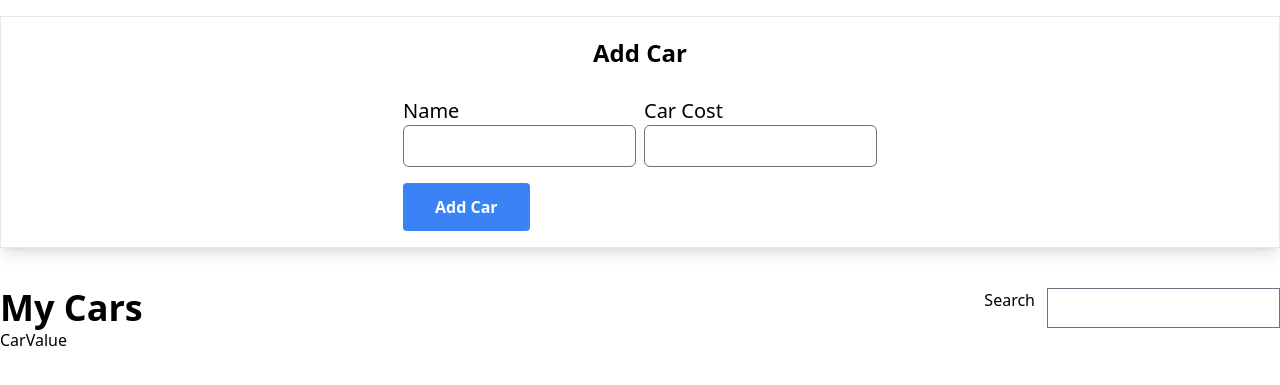
Repository: Marhamat92/carsappreduxtoolkit
Page: /
The author's editor kept a copy of each file at every save. The page is drawn from the files as they stood at one save, then again after the next save.
The browser window is 1280 px wide. The pictures show the whole page.
The project was rebuilt for these pictures with package versions that can differ from the ones it lists, and the page was loaded fresh each time.

Above is the page before, as saved 2023-01-23 23:59:02.

### src/index.js
import React from 'react';
import ReactDOM from 'react-dom/client';
import './index.css';
import App from './App';
import { Provider } from 'react-redux';
import { store } from './store'


const root = ReactDOM.createRoot(document.getElementById('root'));
root.render(
  <Provider store={store}>
    <App />
  </Provider>
);

### src/App.js
import CarForm from "./components/CarForm";
import CarList from "./components/CarList";
import CarSearch from "./components/CarSearch";
import CarValue from "./components/CarValue";


function App() {
  return (
    <div className="container mx-auto">
      <CarForm />
      <CarSearch />
      <CarList />
      <CarValue />
    </div>
  );
}

export default App;

### src/store/index.js
import { configureStore } from "@reduxjs/toolkit";
import {
  carsReducer,
  addCar,
  removeCar,
  changeSearchTerm,
} from "./slices/carsSlice";
import { formReducer, changeName, changeCost } from "./slices/formSlice";

const store = configureStore({
  reducer: {
    cars: carsReducer,
    form: formReducer,
  },
})

export { store, addCar, removeCar, changeSearchTerm, changeName, changeCost };

### src/components/CarForm.js
import React from 'react'
import { useDispatch, useSelector } from 'react-redux'
import { changeName, changeCost, addCar } from '../store'



function CarForm() {
  const dispatch = useDispatch(); // this is the hook that allows us to dispatch actions to the store
  const { name, cost } = useSelector((state) => { // this is the hook that allows us to access the store
    return {
      name: state.form.name,
      cost: state.form.cost
    }
  })


  const handleNameChange = (e) => {
    dispatch(changeName(e.target.value))
  }

  const handleCostChange = (e) => {
    const carCost = parseInt(e.target.value) || 0;
    dispatch(changeCost(carCost))

  }


  const handleSubmit = (e) => {
    e.preventDefault();
    dispatch(addCar({ name, cost }))
  }


  //!after adding a car, clear the form fields with extra reducers which will be added to the formSlice,otherwise we can use dispatch(changeName('')) and dispatch(changeCost(0)) to clear the form fields but it is not a good practice



  return (
    <div className='flex flex-col items-center justify-center border shadow-lg py-4 mt-4'>
      <h1 className='font-bold text-2xl py-1' >Add Car</h1>
      <div className='mt-6'>
        <form onSubmit={handleSubmit} className=''>
          <div className='flex flex-row space-x-2'>
            <div className='flex flex-col'>
              <label className='text-xl' htmlFor='make'>Name</label>
              <input className=' border border-gray-500 rounded-md py-2

              ' value={name} onChange={handleNameChange} type='text' name='carName' id='carName' />
            </div>
            <div className='flex flex-col'>
              <label className='text-xl' htmlFor='price'>Car Cost</label>
              <input className=' border border-gray-500 rounded-md py-2

              ' value={cost || ''} onChange={handleCostChange} type='number' name='price' id='price' />
            </div>
          </div>
          <button className='bg-blue-500 hover:bg-blue-700 text-white font-bold py-3  px-8 rounded mt-4' type='submit'>Add Car</button>
        </form>
      </div>
    </div>
  )
}

export default CarForm

### src/components/CarList.js
import React from 'react'
import { useSelector, useDispatch } from 'react-redux'
import { removeCar } from '../store'


function CarList() {


  const dispatch = useDispatch();

  const cars = useSelector((state) => {
    return state.cars.data;
  })

  const handleDeleteCar = (car) => {
    dispatch(removeCar(car.id))
  }



  const renderedCars = cars.map((car) => {
    return (
      <div className='flex justify-between space-y-3 items-center shadow-lg mt-4 py-2 px-4 rounded-md' key={car.id}>
        <p className='text-3xl' >{car.name} - ${car.cost}</p>
        <button onClick={() => handleDeleteCar(car)} className='bg-red-500 px-4 py-2 text-3xl rounded-md'>
          Remove
        </button>
      </div>
    )
  })




  return (
    <div>{renderedCars}</div>
  )
}

export default CarList

### src/components/CarSearch.js
import React from 'react'

function CarSearch() {
  return (
    <div>
      <div className='flex justify-between mt-10' >
        <h1 className='text-4xl font-bold' >My Cars</h1>
        <div className='flex space-x-3' >
          <label htmlFor="">Search</label>
          <input className=' border border-gray-500' type="text" />
        </div>
      </div>
    </div>
  )
}

export default CarSearch

### src/components/CarValue.js
import React from 'react'

function CarValue() {
  return (
    <div>CarValue</div>
  )
}

export default CarValue

### src/store/slices/carsSlice.js
import { createSlice, nanoid } from '@reduxjs/toolkit';

const carsSlice = createSlice({
  name: 'cars',
  initialState: {
    data: [],
    searchTerm: ''
  },
  reducers: {
    changeSearchTerm(state, action) {
      state.searchTerm = action.payload;
    },
    addCar(state, action) {
      //Assumption:
      //action.payload is an object with the following properties:
      //name, cost, id
      state.data.push({
        name: action.payload.name,
        cost: action.payload.cost,
        id: nanoid()
      })
    },
    removeCar(state, action) {
      //Assumption:
      //action.payload is the id of the car to remove
      const updatedCars = state.data.filter((car) => {
        return car.id !== action.payload;
      })
      state.data = updatedCars;
    }

  }
})

export const { changeSearchTerm, addCar, removeCar } = carsSlice.actions;
export const carsReducer = carsSlice.reducer;

### src/store/slices/formSlice.js
import { createSlice } from '@reduxjs/toolkit';
import { addCar } from './carsSlice';

const formSlice = createSlice({
  name: 'form',
  initialState: {
    name: '',
    cost: 0
  },
  reducers: {
    changeName(state, action) {
      state.name = action.payload;
    },
    changeCost(state, action) {
      state.cost = action.payload;
    }
  },
  extraReducers(builder) {
    builder.addCase(addCar, (state, action) => {
      state.name = '';
      state.cost = 0;
    })
  }
})

//extraReducers is a function that takes a builder object as an argument and we can use the builder object to add extra reducers to the formSlice
//addCase is a function that takes an action and a reducer as arguments and adds the reducer to the formSlice
//the reducer will be called when the action is dispatched


export const { changeName, changeCost } = formSlice.actions;
export const formReducer = formSlice.reducer;

Loaded but not shown: public/index.html (common file); src/index.css (common file); tailwind.config.js (common file)

After the next save:
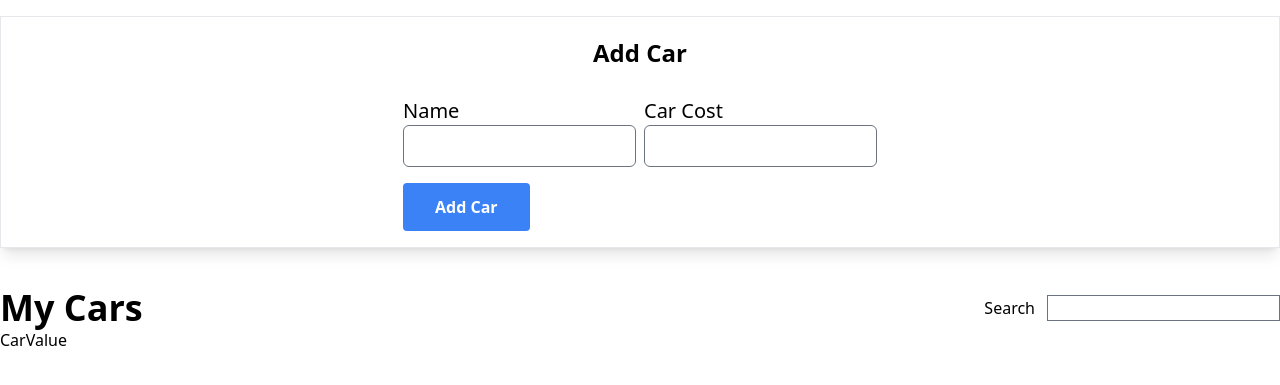
Saved 11 s later.
--- a/src/components/CarSearch.js
+++ b/src/components/CarSearch.js
@@ -5,7 +5,7 @@ function CarSearch() {
     <div>
       <div className='flex justify-between mt-10' >
         <h1 className='text-4xl font-bold' >My Cars</h1>
-        <div className='flex space-x-3' >
+        <div className='flex space-x-3 items-center' >
           <label htmlFor="">Search</label>
           <input className=' border border-gray-500' type="text" />
         </div>
